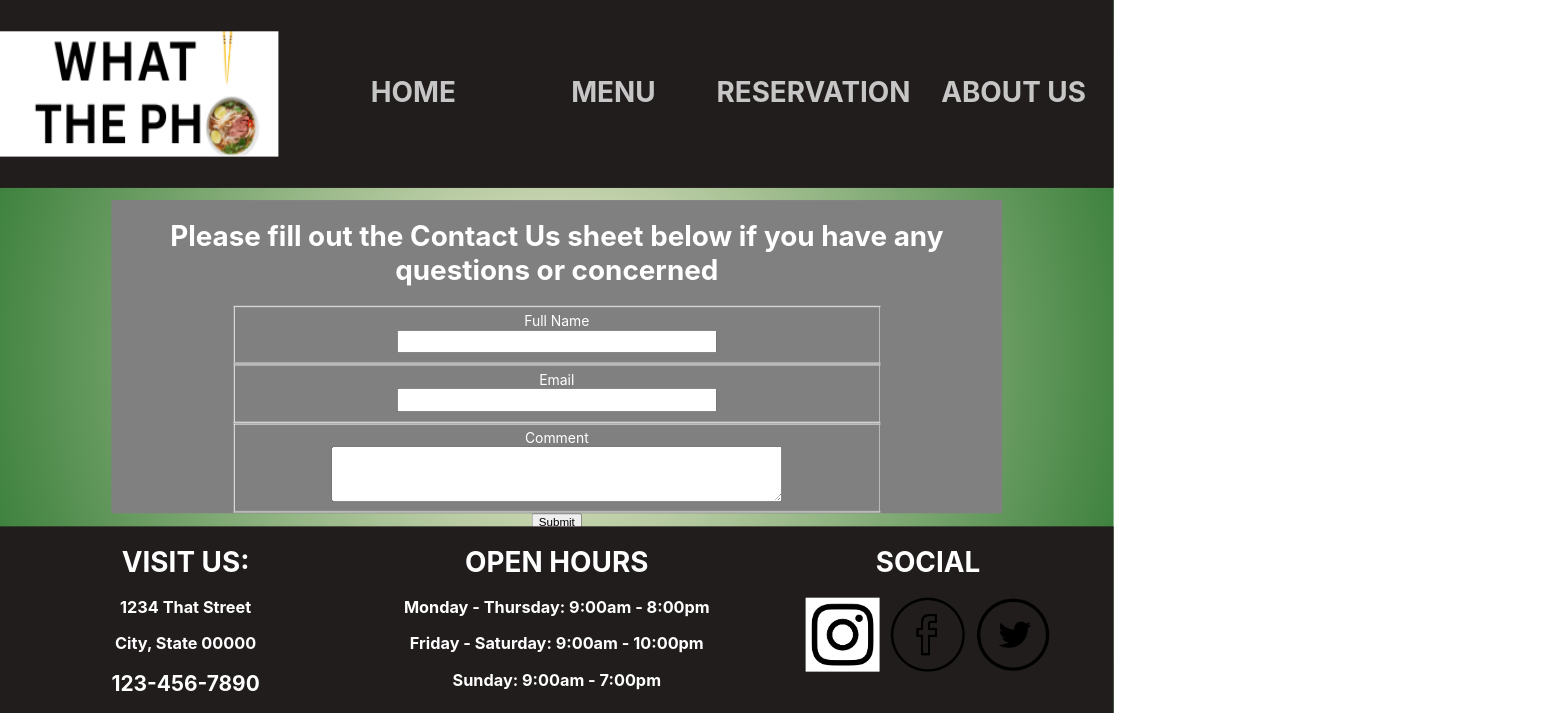
Repository: NguyenkhDang/Restaurant-Website
Page: /contactUs
The author's editor kept a copy of each file at every save. The page is drawn from the files as they stood at one save, then again after the next save.
The browser window is 1280 px wide. The page is 1280 px wide, then 1792 px, then 1280 px, so the pictures cover 1792 px, including what lies to the right of the window. The pictures show the whole page, at 87% of full size.
The project was rebuilt for these pictures with package versions that can differ from the ones it lists, and the page was loaded fresh each time. Also part of the build but not shown: src/CSS/Readmore.css, src/Readmore.js, src/CSS/SectionContainer.css, src/SectionContainer.js, src/CSS/Home.css, src/Pages/HomePage.js, src/Pages/MenuPage.js, src/CSS/ReservationForm.css and 4 more.

Above is the page before, as saved 2026-01-18 22:22:15.

### src/index.js
import React from 'react';
import ReactDOM from 'react-dom/client';
import './index.css';
import App from './App';
import reportWebVitals from './reportWebVitals';
import { BrowserRouter } from "react-router-dom";


const root = ReactDOM.createRoot(document.getElementById("root"));
root.render(
  <BrowserRouter>
    <App />
  </BrowserRouter>
);

// If you want to start measuring performance in your app, pass a function
// to log results (for example: reportWebVitals(console.log))
// or send to an analytics endpoint. Learn more: https://bit.ly/CRA-vitals
reportWebVitals();

### src/App.js

import './App.css';

import NavigationBar from './NavigationBar';
import Footer from "./Footer"
import {Routes, Route} from "react-router-dom"



import HomePage from "./Pages/HomePage"
import MenuPage from "./Pages/MenuPage"
import ReservationPage from "./Pages/ReservationPage"
import AboutUsPage from "./Pages/AboutUsPage"
import ContactUsPage from "./Pages/ContactUsPage"

function App() {


  return (
    <div className="home">
      <NavigationBar />

      <Routes>
        <Route path="/" element={<HomePage />} />
        <Route path="/menu" element={<MenuPage />} />
        <Route path="/reservation" element={<ReservationPage />} />
        <Route path="/aboutUs" element={<AboutUsPage />} />
        <Route path="contactUs" element={<ContactUsPage />} />
      </Routes>

      <Footer />
  </div>
);
}

export default App;

### src/App.css
html{
  -ms-overflow-style: none;
  scrollbar-width: none;
}

.home {
  display: grid;
  margin: 0;
  padding: 0;

  background: radial-gradient(
    circle,
    rgba(245, 240, 213, 1) 0%,
    rgba(38, 115, 42, 1) 100%
  );
  place-items: center;
  text-align: center;
  color: white;
}


html::-webkit-scrollbar {
  display: none;
}

### src/NavigationBar.js
import "./CSS/NavigationBar.css"
import Logo from "./image/CustomLogo2.png"
import { Link } from "react-router-dom"
const NavigationBar = () =>{



  return (
    <div className="navbar">
      <div className="logoImage">
        <img src= {Logo} />
      </div>
      <div className="wholeNavBar">
        <ul>
          <li>
            <Link className="nav-link nav-link-fade-up" to="/">HOME</Link>
          </li>
          <li>
            <Link className="nav-link nav-link-fade-up" to="/menu">MENU</Link>
          </li>
          <li>
            <Link className="nav-link nav-link-fade-up" to="/reservation">RESERVATION</Link>
          </li>
          <li>
            <Link className="nav-link nav-link-fade-up" to="/aboutUs">ABOUT US</Link>
          </li>
        </ul>

      </div>
    </div>
  )


}

export default NavigationBar

### src/Footer.js
import "./CSS/Footer.css"
import InstagramIcon from "./image/instagramIcon.png"
import FacebookIcon from "./image/facebookIcon.png"
import TwitterIcon from "./image/twitterIcon.png"
const Footer = () =>{

  return(
    <div className="footer">
      <div>
        <h1>VISIT US:</h1>
        <h3>1234 That Street</h3>
        <h3>City, State 00000</h3>

        <h2>123-456-7890</h2>
      </div>
      <div>
        <h1>OPEN HOURS</h1>
        <h3>Monday - Thursday: 9:00am - 8:00pm</h3>
        <h3>Friday - Saturday: 9:00am - 10:00pm</h3>
        <h3>Sunday: 9:00am - 7:00pm</h3>
      </div>
      <div>
        <h1>SOCIAL</h1>
        <a href="https://www.instagram.com/" target="_blank"><img src={InstagramIcon}/></a>
        <a href="https://www.facebook.com/" target="_blank"><img src={FacebookIcon}/></a>
        <a href="https://x.com/" target="_blank"><img src={TwitterIcon}/></a>
      </div>

    </div>
  )

}

export default Footer

### src/Pages/ContactUsPage.js

import { useRef } from "react"
import "../CSS/ContactUs.css"

const ContactUsPage = () =>{


  const handleSubmit = (e)=>{
    e.preventDefault();
    const url = "https://script.google.com/macros/s/AKfycbzvciRoj96Av9uZ2heb3UUoHOvfd4JqiGr3qXvWCL6rtenJZzz95SFNhb_-OBEtYvj5vw/exec"

    fetch(url,{
      method:"POST",
      body: new FormData(formRef.current)
    } ).then(() => {
      alert("Reservation Submitted ");
    }).catch((error) => console.log(error))
  };

  const formRef= useRef(null)
  return (
    <div className="contactUsPage">
      <h1>
        Please fill out the Contact Us sheet below if you have any questions or concerned
      </h1>
      <form ref={formRef} onSubmit={handleSubmit}>
        <fieldset>
          <label for="name">Full Name</label>
          <input
            type="text"
            name="Name"
            id="name"
            required
          />
        </fieldset>
        <fieldset>
          <label for="phone">Email</label>
          <input
            type="email"
            name="Email"
            id="email"

            />
        </fieldset>
        <fieldset>
          <label for="comment">Comment</label>
          <textarea
            name="Comment"
            style={{
              width: "40vw",
              height: "8vh",
            }}
          />
        </fieldset>
        <button>Submit</button>
      </form>
    </div>
  )
}

export default ContactUsPage

### src/CSS/NavigationBar.css
.navbar{
  background-color: rgb(34, 29, 29);
  display: grid;
  grid-template-columns: 25% 75%;
  width: 100vw;
  height: 25vh;
  padding-top: 5vh;
}
.wholeNavBar{
  height: 10vh;
}

.logoImage img{
  height: 20vh;
  width: 25vw;
  object-fit: fill;
  object-position: center;
}

ul{
  align-items: center;
  list-style-type: none;
  display: grid;
  place-items: center;
  grid-template-columns: 1fr 1fr 1fr 1fr;
  margin-top: 7vh;
}
ul li a{
  padding: none;
  font-size: 2em;
  text-align: center;
}
ul li{
  padding: none;
}
.nav-link {
  font-weight: bold;
  font-size: 2em;
  text-transform: uppercase;
  text-decoration: none;
  color: #ffffff;
  display: inline-block;
  position: relative;
  opacity: 0.75;
}

.nav-link:hover {
  opacity: 1;
}

.nav-link::before {
  transition: 300ms;
  height: 5px;
  content: "";
  position: absolute;
  background-color: #c1c7cf;
}
.nav-link-fade-up::before {
  width: 100%;
  bottom: 5px;
  opacity: 0;
}

.nav-link-fade-up:hover::before {
  bottom: 0px;
  opacity: 1;
}

### src/CSS/Footer.css
.footer{
  background-color: rgb(34, 29, 29);
  display: grid;
  grid-template-columns: repeat(3, 1fr);
  width: 100vw;
}

.footer img{
  width: 20%;
}

.footer a{
  margin: 0 0.5vw;
}

### src/CSS/ContactUs.css
.contactUsPage{
  background-color: gray;
  display: grid;
  grid-template-rows: repeat(2, auto);
  width: 80vw;
  height: 50vh;
  margin: 2vh 0;
}
.contactUsPage fieldset{
  display: grid;
  grid-template-rows: repeat(2, auto);
  place-items: center;
  width: 70%;
  margin: 0 auto;
}

.contactUsPage fieldset input{
  width: 50vh;
  height: 3vh;
}

Loaded but not shown: public/index.html (common file); src/index.css (common file); src/reportWebVitals.js (common file)

After the next save:
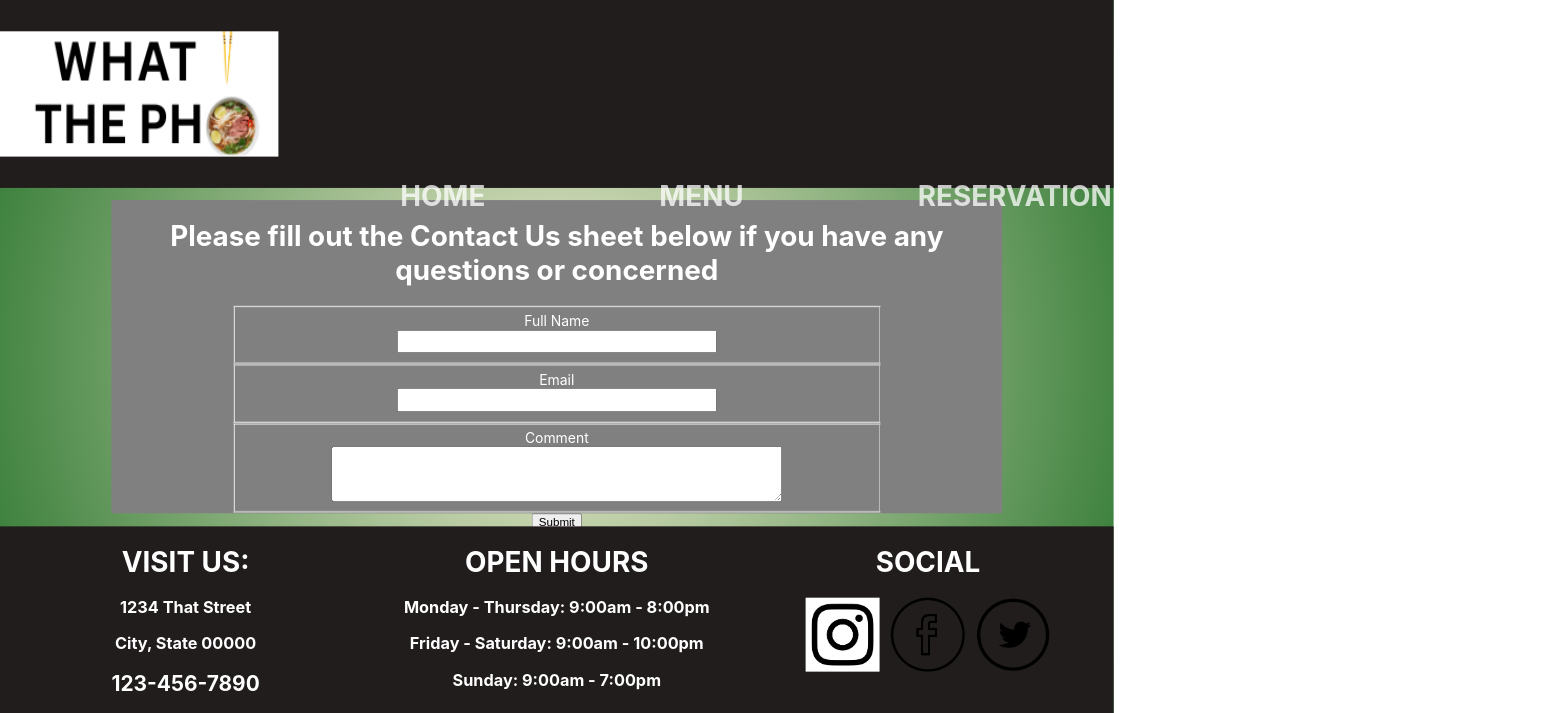
Saved 34 s later.
--- a/src/CSS/NavigationBar.css
+++ b/src/CSS/NavigationBar.css
@@ -42,6 +42,7 @@
   display: inline-block;
   position: relative;
   opacity: 0.75;
+  padding: 100px;
 }
 
 .nav-link:hover {

After the save that followed:
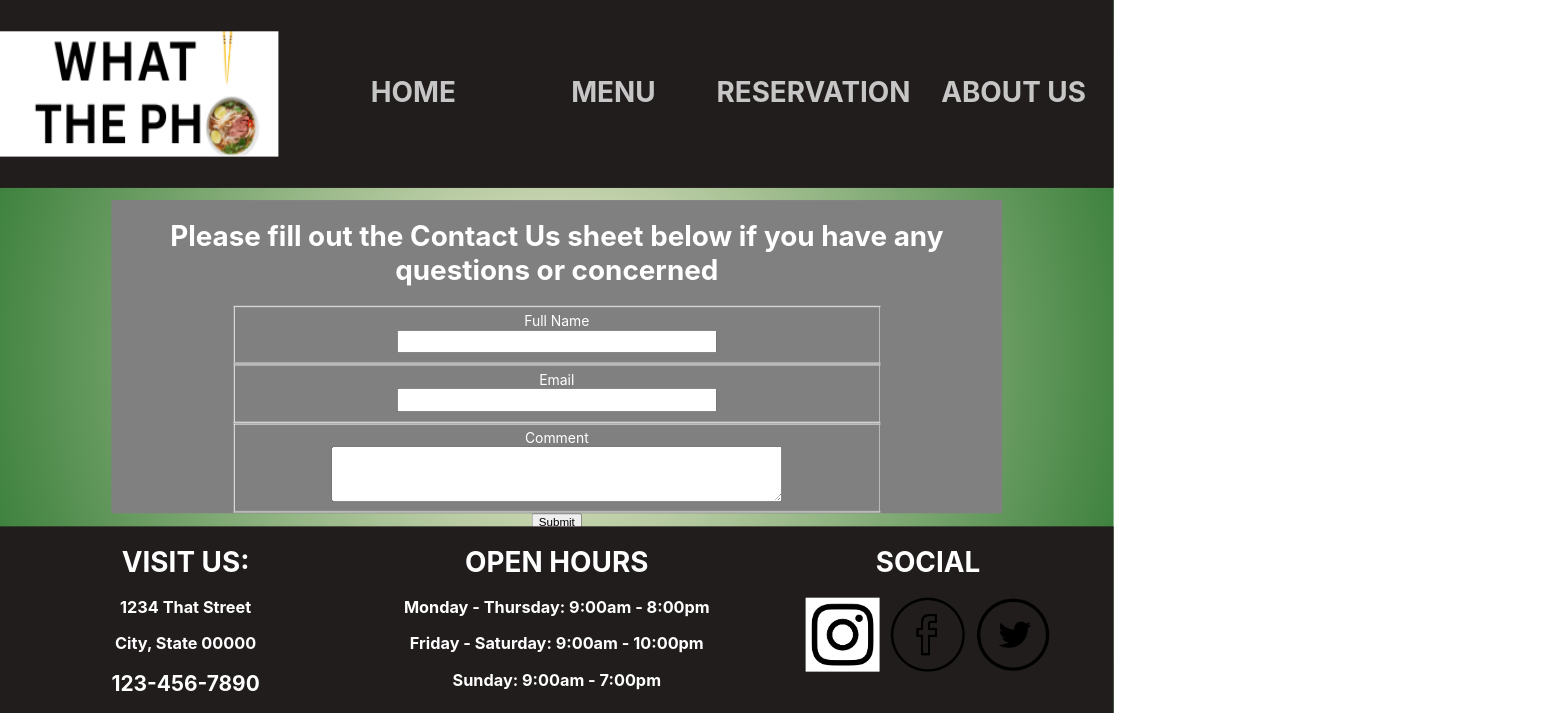
Saved 8 s later.
--- a/src/CSS/NavigationBar.css
+++ b/src/CSS/NavigationBar.css
@@ -42,7 +42,6 @@
   display: inline-block;
   position: relative;
   opacity: 0.75;
-  padding: 100px;
 }
 
 .nav-link:hover {
